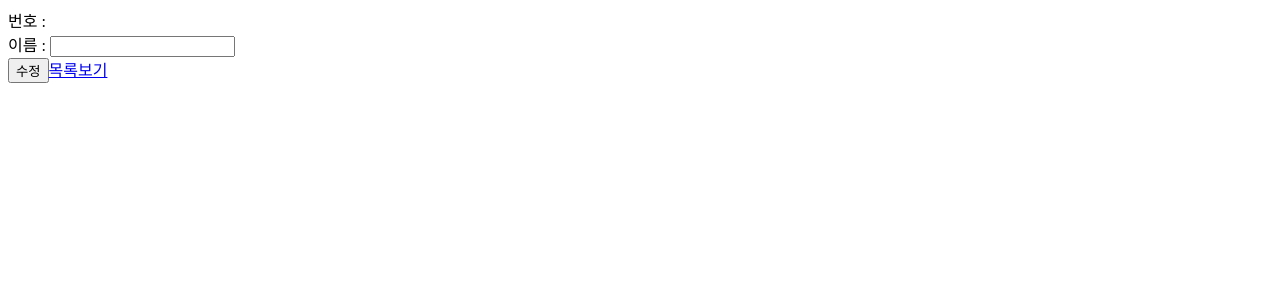
Repository: June0619/Spring_study
Page: http://localhost/test_jdbc/modify
These files come from the project's save history. The page is drawn as it stood at one moment and after the next save; the edit follows.
The browser window is 1280 px wide. The pictures show the whole page.
The page is served by Tomcat 9. Other server files are loaded and not shown. Queries for data that is not in the repository find no rows.

Above is the page before, as saved 2019-12-23 02:40:41.

### test_jdbc/src/main/webapp/WEB-INF/views/modify.jsp
<%@ page language="java" contentType="text/html; charset=UTF-8"
    pageEncoding="UTF-8"%>
<!DOCTYPE html>
<html>
<head>
<meta charset="UTF-8">
<title>Insert title here</title>
</head>
<body>
	<form action="modifySave" method="post">
		번호 : <label>${list.id }</label><br>
		<input type="hidden" value="${list.id }" name="id">
		이름 : <input type="text" name="name" value="${list.name }"><br>
		<input type="submit" value="수정"><a href="content">목록보기</a>
	</form>
</body>
</html>

### test_jdbc/src/main/java/com/care/service/JdbcModifyServiceImpl.java
package com.care.service;

import java.util.Map;

import javax.servlet.http.HttpServletRequest;

import org.springframework.ui.Model;

import com.care.jdbc_dao.JdbcDAO;

public class JdbcModifyServiceImpl implements JdbcService {

	@Override
	public void execute(Model model) {
		Map<String, Object> map = model.asMap();
		HttpServletRequest request =
				(HttpServletRequest)map.get("request");

		JdbcDAO dao = new JdbcDAO();
		model.addAttribute("list", dao.modify(request.getParameter("id")));
	}

}

### test_jdbc/src/main/java/com/care/jdbc_dao/JdbcDAO.java
package com.care.jdbc_dao;

import java.sql.*;
import java.util.ArrayList;

import com.care.jdbc_dto.JdbcDTO;

public class JdbcDAO {
	private String driver =
			"oracle.jdbc.driver.OracleDriver";
	private String url = "jdbc:oracle:thin:@localhost:1521:xe";
	private String user="jsp", pwd = "jsp";
	private Connection con;
	private PreparedStatement ps;
	private ResultSet rs;
	public JdbcDAO()
	{
		try { Class.forName(driver); }
		catch (Exception e) { e.printStackTrace(); }
	}

	public ArrayList<JdbcDTO> list()
	{
		String sql = "select * from test_jdbc";
		ArrayList<JdbcDTO> list = new ArrayList<JdbcDTO>();
		try
		{
			con = DriverManager.getConnection(url, user, pwd);
			ps = con.prepareStatement(sql);
			rs = ps.executeQuery();
			while(rs.next())
			{
				JdbcDTO dto = new JdbcDTO();
				dto.setId(rs.getInt("id"));
				dto.setName(rs.getString("name"));
				list.add(dto);
			}
		}
		catch(Exception e) { e.printStackTrace(); }

		return list;
	}

	public void save(String id, String name)
	{
		String sql = "insert into test_jdbc(id, name) values(?,?)";
		try
		{
			con = DriverManager.getConnection(url, user, pwd);
			ps = con.prepareStatement(sql);
			ps.setString(1, id);
			ps.setString(2, name);
			ps.executeUpdate();
		}
		catch(Exception e) { e.printStackTrace(); }
	}

	public JdbcDTO modify(String id)
	{
		String sql = "select * from test_jdbc where id=?";
		JdbcDTO dto = null;
		try
		{
			con = DriverManager.getConnection(url, user, pwd);
			ps = con.prepareStatement(sql);
			ps.setString(1, id);
			rs = ps.executeQuery();
			if(rs.next())
			{
				dto = new JdbcDTO();
				dto.setId(rs.getInt("id"));
				dto.setName(rs.getString("name"));
			}
		}
		catch(Exception e) { e.printStackTrace(); }

		return dto;
	}
	public void modifySave(String id, String name)
	{
		String sql = "update test_jdbc set name=? where id=?";
		try
		{
			con = DriverManager.getConnection(url, user, pwd);
			ps = con.prepareStatement(sql);
			ps.setString(1, name);
			ps.setInt(2, Integer.parseInt(id));
			ps.executeUpdate();
		}
		catch(Exception e) { e.printStackTrace(); }
	}

	public void delte(String id)
	{
		String sql = "delete * from test_jdbc where id = ?";
		try
		{
			con = DriverManager.getConnection(url, user, pwd);
			ps = con.prepareStatement(sql);
			ps.setInt(1, Integer.parseInt(id));
			ps.executeUpdate();
		}
		catch(Exception e) { e.printStackTrace(); }
	}
}

After the next save:
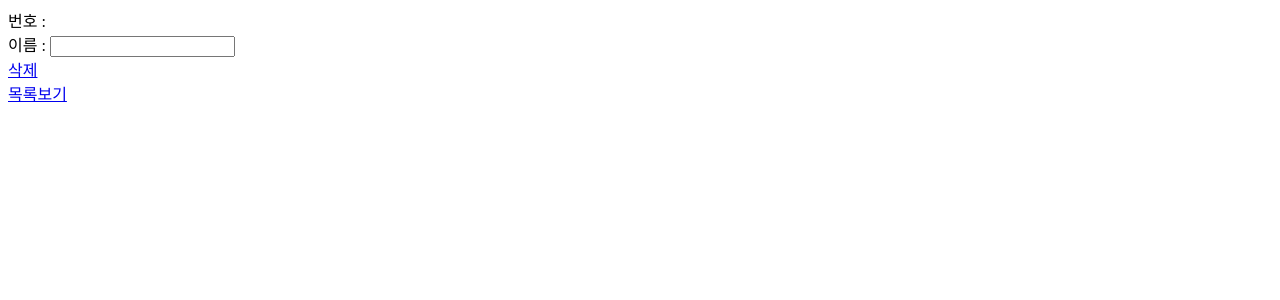
Console error: SyntaxError: Unexpected token '<'
Saved 112 s later.
--- a/test_jdbc/src/main/webapp/WEB-INF/views/modify.jsp
+++ b/test_jdbc/src/main/webapp/WEB-INF/views/modify.jsp
@@ -11,7 +11,9 @@
 		번호 : <label>${list.id }</label><br>
 		<input type="hidden" value="${list.id }" name="id">
 		이름 : <input type="text" name="name" value="${list.name }"><br>
-		<input type="submit" value="수정"><a href="content">목록보기</a>
+		<a href="delete?id=${list.id }">삭제</a><br>
+		<a href="content">목록보기</a>
 	</form>
+	<script><button</script>
 </body>
 </html>
